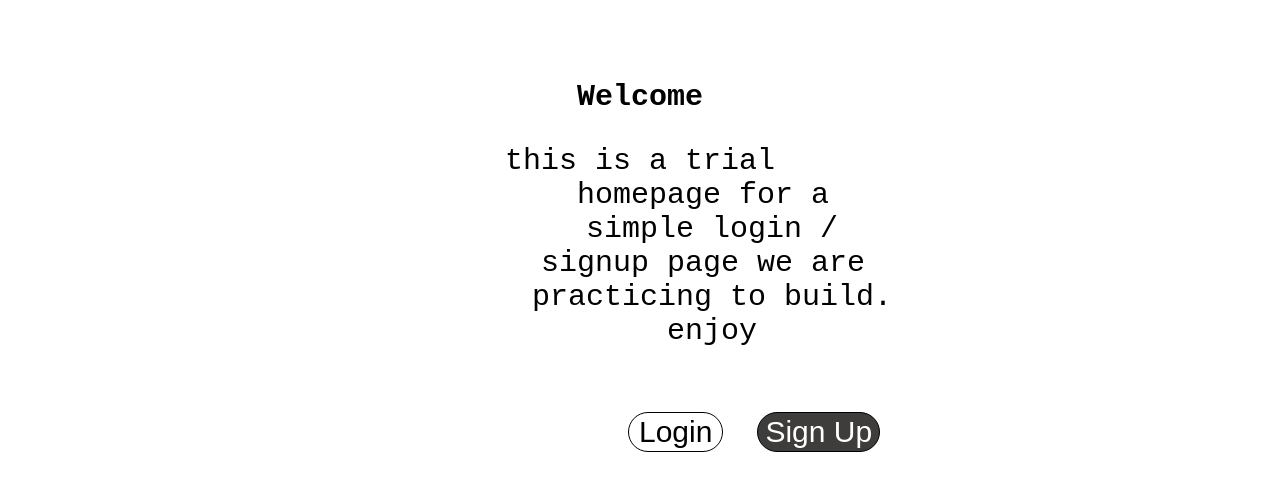
Repository: yhung004/TUTORIAL_PAGE
Page: home.html
The author's editor kept a copy of each file at every save. The page is drawn from the files as they stood at one save, then again after the next save.
The browser window is 1280 px wide. The pictures show the whole page.

Above is the page before, as saved 2024-04-10 02:02:01.

### home.html
<!DOCTYPE html>
<html lang="en">
<head>
    <meta charset="UTF-8">
    <meta name="viewport" content="width=device-width, initial-scale=1.0">
    <title>Document</title>
    <link rel="stylesheet" href="main.css">
</head>
<body>
    <h3 class="welcome">Welcome</h3>
    <pre class="welcome_text">this is a trial
        homepage for a
        simple login /
        signup page we are
        practicing to build.
        enjoy
    </pre>
    <button class="button_a">
       <a href="#" class="button_a1">Login</a>
    </button>
    <button class="button_b">
        <a href="#" class="button_b1">Sign Up</a>
    </button>
</body>
</html>

### main.css
.welcome{
    text-align: center;
    font-family: 'Courier New', Courier, monospace;
    font-size: 30px;
    margin-top: 80px;
}
.welcome_text {
    text-align:center;
    font-family: 'Courier New', Courier, monospace;
    font-size: 30px;
}
.button_a {
    position: relative;
    left: 620px;
    border: 1px solid black;
    background-color:white;
    border-radius: 20px;
    font-size: 30px;
    padding: 2px 10px 2px 10px;
}
.button_b {
    position: relative;
    right: -650px;
    border : 1px solid black;
    border-radius: 20px;
    background-color: rgb(63, 60, 60);
    color:white;
    font-size: 30px;
    padding: 2px 7px 2px 7px;
}
a.button_b1 {
    text-decoration: none;
    color:white;
}
a.button_a1 {
    text-decoration:none;
    color:black;
}

After the next save:
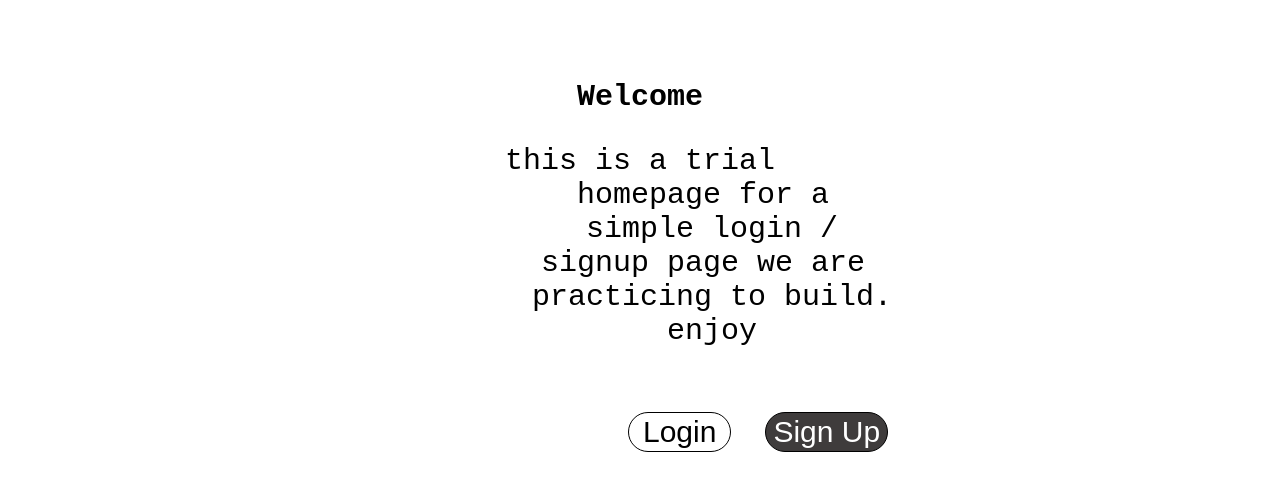
Saved 25 s later.
--- a/main.css
+++ b/main.css
@@ -16,7 +16,7 @@
     background-color:white;
     border-radius: 20px;
     font-size: 30px;
-    padding: 2px 10px 2px 10px;
+    padding: 2px 14px 2px 14px;
 }
 .button_b {
     position: relative;
